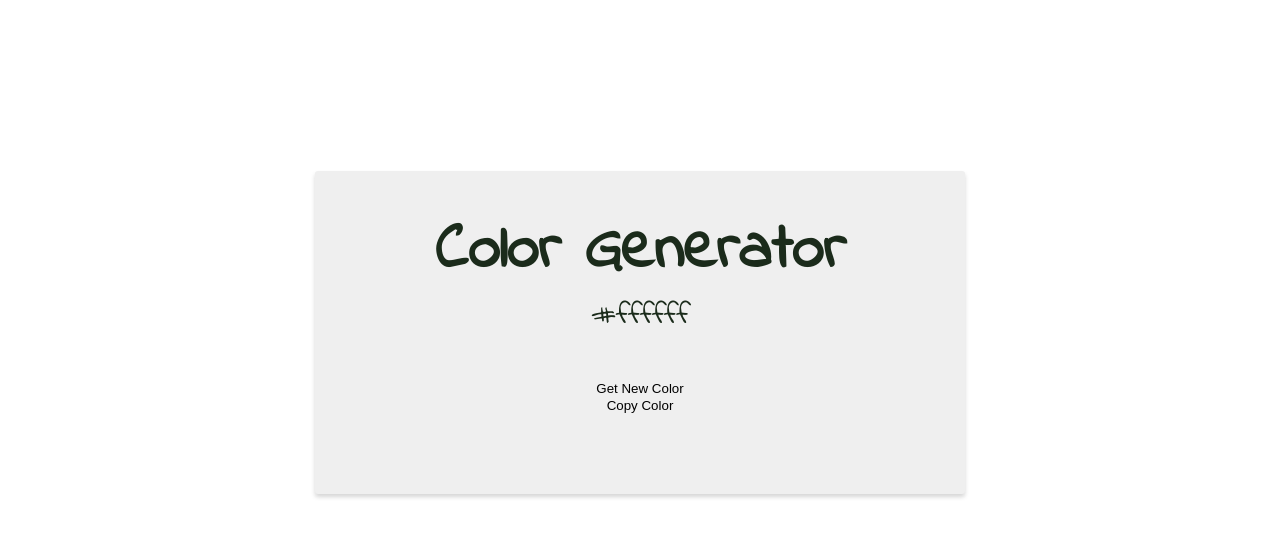
Repository: codimis/JSB-01-Color-Changer
Page: index.html
An editor plug-in stored every save of this project. The page is shown before and after the next save, followed by the edit.
The browser window is 1280 px wide. The pictures show the whole page.

Above is the page before, as saved 2021-09-17 01:49:34.

### index.html
<!DOCTYPE html>
<html lang="en">
<head>
    <meta charset="UTF-8">
    <meta http-equiv="X-UA-Compatible" content="IE=edge">
    <meta name="viewport" content="width=device-width, initial-scale=1.0">
    <title>Color Generator</title>
    <link rel="stylesheet" href="style.css" />
    <script defer src="color.js"></script>
</head>
<body>
    <div class="container">
        <h1>Color Generator</h1>
        <p id="currentColor">#ffffff</p>
        <button id="pickColor" onclick="setColor()">Get New Color</button>
        <button id="copyColor" onclick="copyColor()">Copy Color</button></div>
</body>
</html>

### style.css
@import url('https://fonts.googleapis.com/css2?family=Indie+Flower&display=swap');

:root {
    --color-dark: #1b2b1b;
    --color-light: #efefef;
}

body {
    color: var(--color-dark);
    display: grid;
    font-family: "Indie Flower", sans-serif;
    font-size: 2.5rem;
    min-height: 90vh;
    min-width: 90vw;
    place-items: center;
}

.container {
    align-items: center;
    background-color: var(--color-light);
    border-radius: 3px;
    box-shadow: 0 3px 4px rgba(50, 50, 50, .2);
    display: flex;
    flex-direction: column;
    padding: 2em 3em;
    position: relative;
}

.alert {
    position: absolute;
    top: -50px;
    background-color: var(--color-light);
    padding: 8px 12px;
    box-shadow: 0 3px 4px rgba(50, 50, 50, .2);
}

.alert::after {
    border-color: var(--color-light) transparent transparent transparent;
    border-style: solid;
    border-width: 7px 7px 0 7px;
    bottom: -7px;
    content: "";
    left: 50%;
    position: absolute;
    transform: translateX(-50%);
}

h1 {
    font-size: 4rem;
    line-height: 1px;
    margin: 0;
    padding: 0;
}

#currentColor {
    text-align: center;
    font-size: 2rem;
    line-height: 2;
}

#pickColor, #copyColor {
    border: 0;
    outline: 0;
}

Loaded but not shown: color.js (no stored copy; drawn as an empty file)

After the next save:
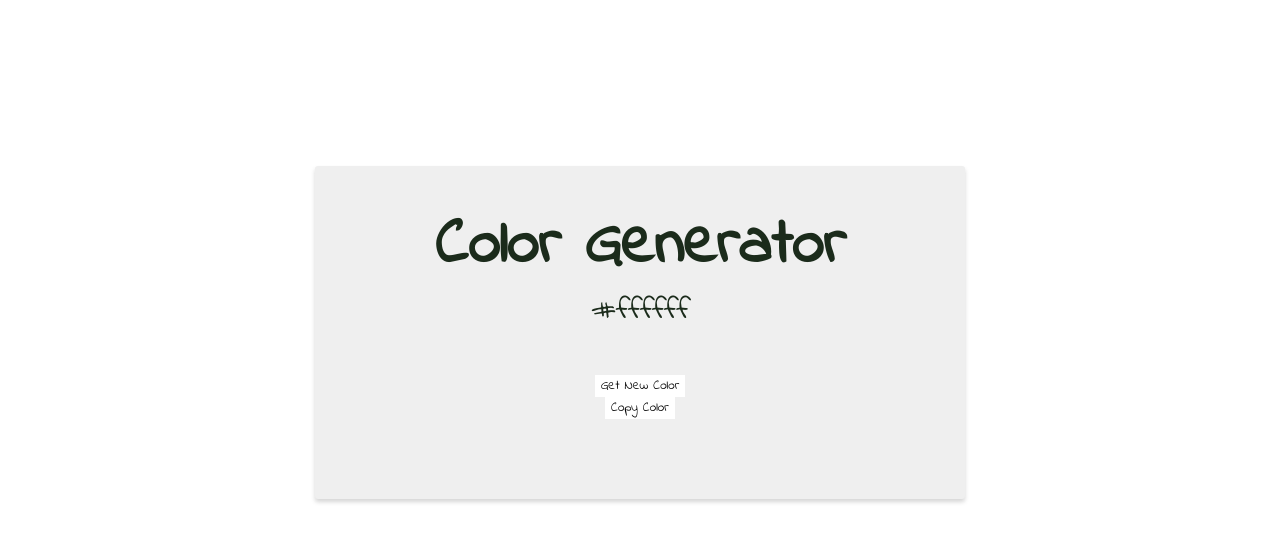
Saved 24 s later.
--- a/style.css
+++ b/style.css
@@ -61,4 +61,6 @@ h1 {
 #pickColor, #copyColor {
     border: 0;
     outline: 0;
+    background-color: #fff;
+    font-family: inherit;
 }
